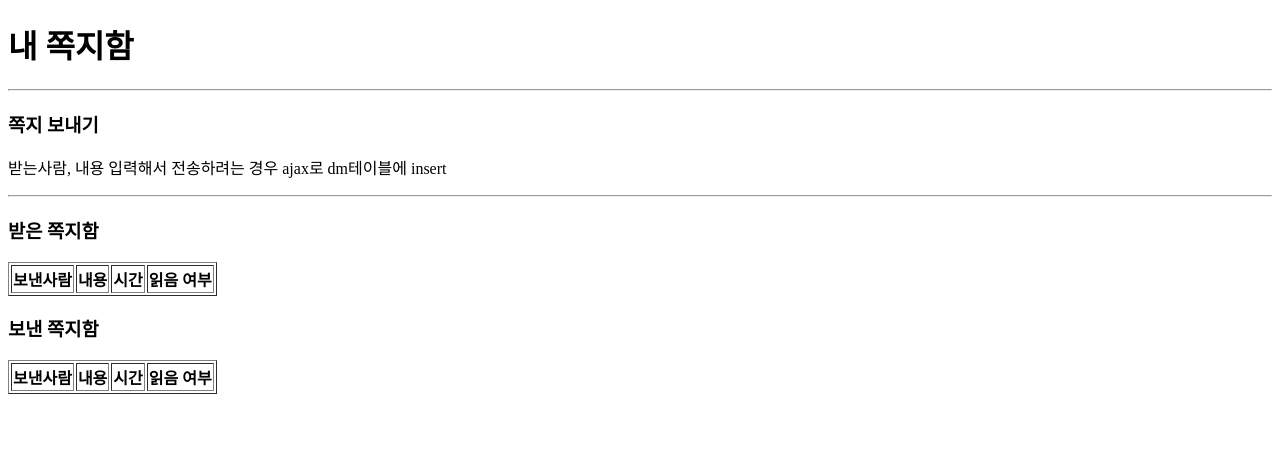
Repository: ParkHyeonju12/Spring
Page: http://localhost/05_Spring_Websocket/WEB-INF/views/dm/dmMain.jsp
These files come from the project's save history. The page is drawn as it stood at one moment and after the next save; the edit follows.
The browser window is 1280 px wide. The pictures show the whole page.
The page is served by Tomcat 9. Nobody is signed in. The template is opened directly, without the code that normally fills it, so the values that code supplies are empty.

Above is the page before, as saved 2022-10-13 08:44:12.

After the next save:
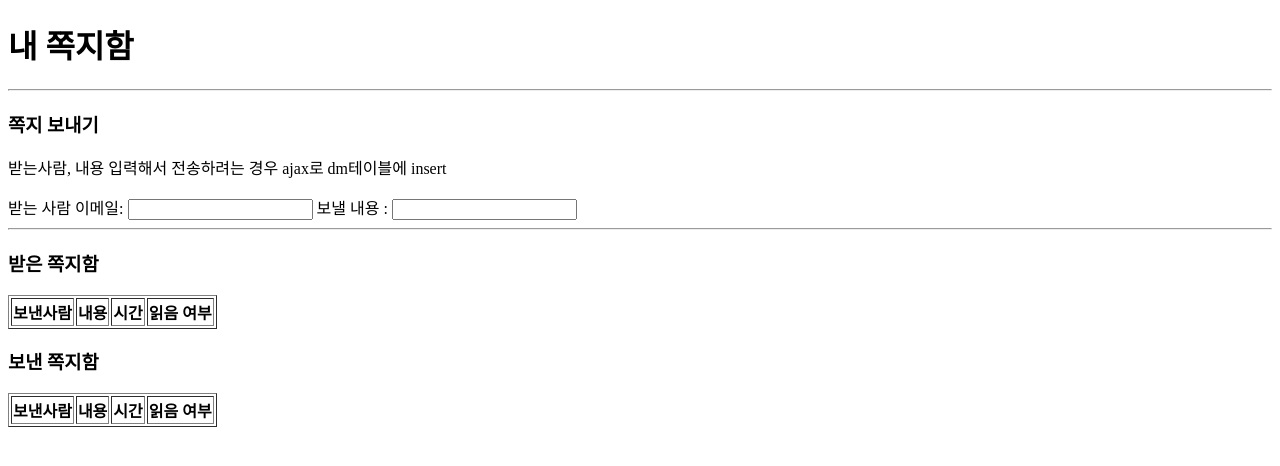
Saved 2 min 23 s later.
--- a/05_Spring_Websocket/src/main/webapp/WEB-INF/views/dm/dmMain.jsp
+++ b/05_Spring_Websocket/src/main/webapp/WEB-INF/views/dm/dmMain.jsp
@@ -11,7 +11,8 @@
 	<hr>
 	<h3>쪽지 보내기</h3>
 	<p>받는사람, 내용 입력해서 전송하려는 경우 ajax로 dm테이블에 insert</p>
-
+	받는 사람 이메일: <input type="email" name="sendDm">
+	보낼 내용 : <input type="text" name="sendContent">
 	<hr>
 	<h3>받은 쪽지함</h3>
 	<table border="1" class="receiveDmTbl">
